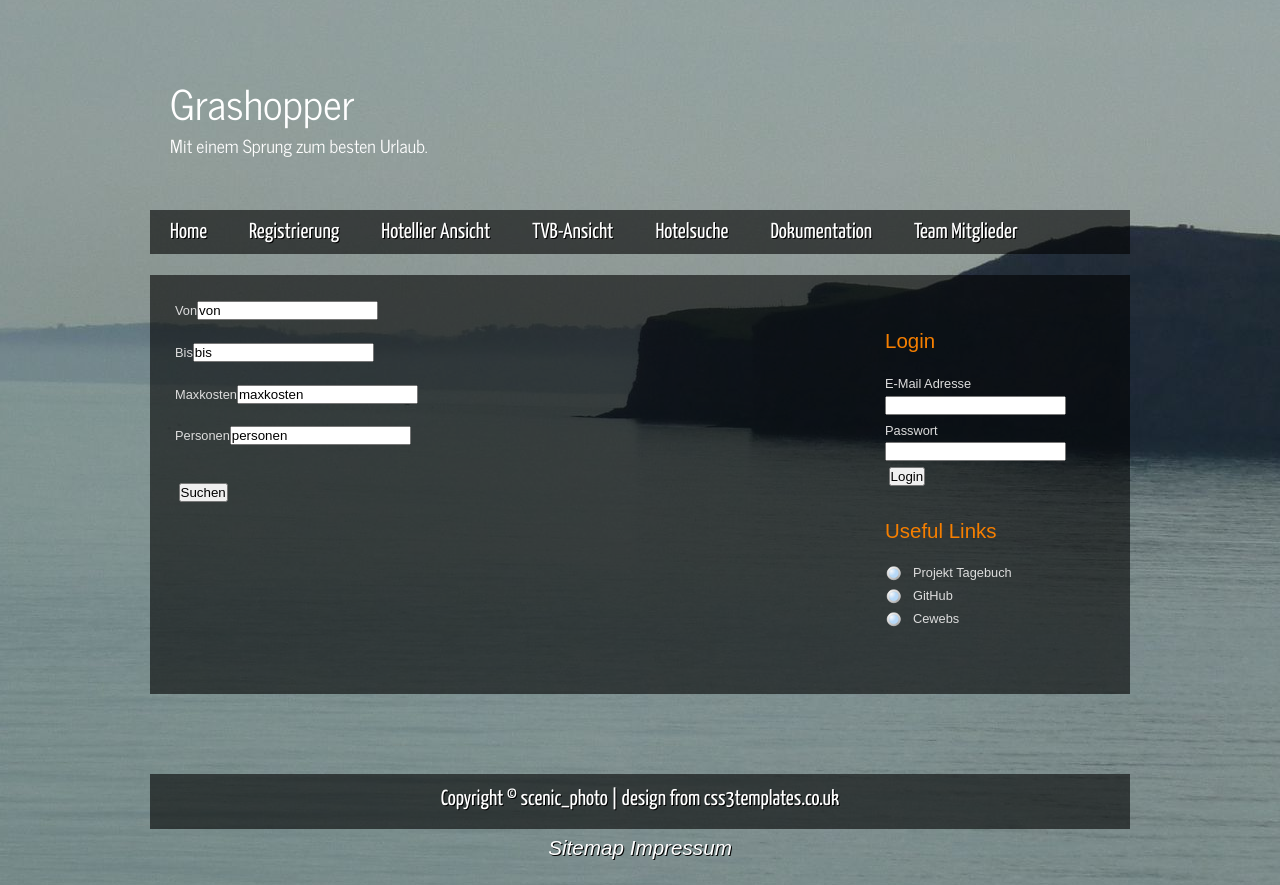
Repository: swe2013hotel2/grashopper
Page: http://localhost/Grasshopper/SearchPage.jsp
An editor plug-in stored every save of this project. The page is shown before and after the next save, followed by the edit.
The browser window is 1280 px wide. The pictures show the whole page.
Backgrounds fixed to the window are drawn as part of the page. The page is served by Tomcat 9.

Above is the page before, as saved 2013-12-11 11:05:07.
Console error: ReferenceError: jQuery is not defined

After the next save:
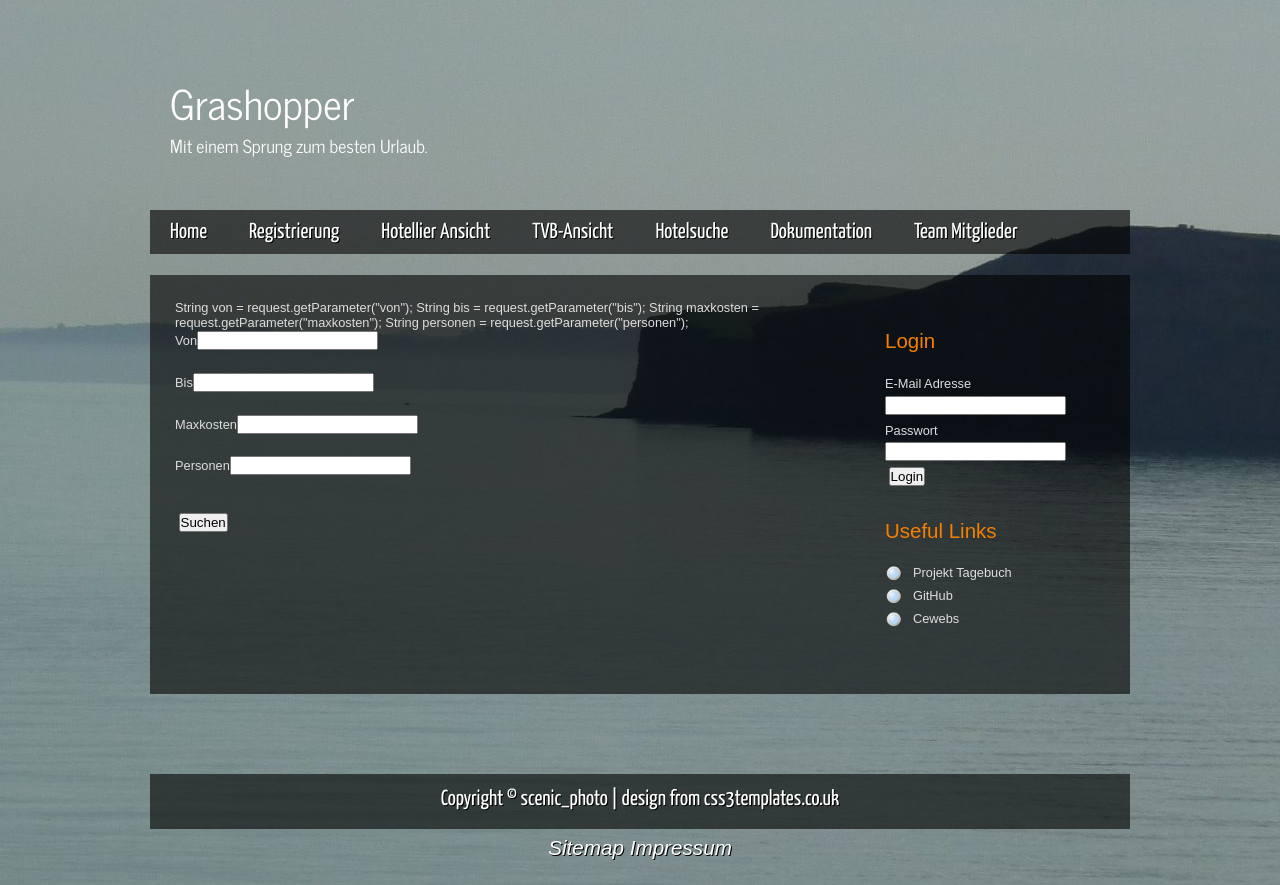
Saved 3 min 1 s later.
--- a/workspaceJSP2/Grasshopper/WebContent/SearchPage.jsp
+++ b/workspaceJSP2/Grasshopper/WebContent/SearchPage.jsp
@@ -1,12 +1,18 @@
 <%@include file="header_template.jsp" %>
 
+			String von = request.getParameter("von");
+			String bis = request.getParameter("bis");
+			String maxkosten = request.getParameter("maxkosten");
+			String personen = request.getParameter("personen");
 
  <form action="SearchPage" action="SearchPage" method="post">
 
-         <p><span>Von</span><input type="text" name="von" value="von" /></p>
-		 <p><span>Bis</span><input type="text" name="bis" value="bis" /></p>
-       	 <p><span>Maxkosten</span><input type="text" name="maxkosten" value="maxkosten" /></p>
-      	 <p><span>Personen</span><input type="text" name="personen" value="personen" /></p>
+
+
+         <p><span>Von</span><input type="text" name="von" value="" /></p>
+		 <p><span>Bis</span><input type="text" name="bis" value="" /></p>
+       	 <p><span>Maxkosten</span><input type="text" name="maxkosten" value="" /></p>
+      	 <p><span>Personen</span><input type="text" name="personen" value="" /></p>
 
         <p style="padding-top: 15px"><span>&nbsp;</span><input class="submit" type="submit" name="name" value="Suchen" onclick="redirect()"></p>
 
